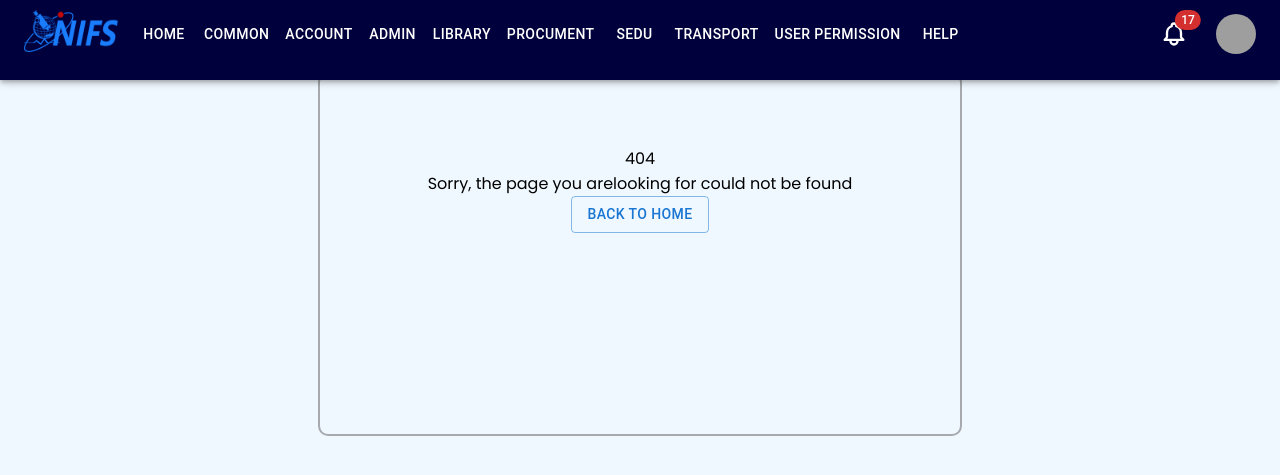
Repository: virangaj/NIFS-WebApp
Page: /error-404 (app in client/)
An editor plug-in stored every save of this project. The page is shown before and after the next save, followed by the edit.
The browser window is 1280 px wide. The pictures show the whole page.
Pictures or frames that could not be fetched are drawn as grey boxes. The project was rebuilt for these pictures with package versions that can differ from the ones it lists, and the page was loaded fresh each time. Also part of the build but not shown: client/src/pages/Login.tsx, client/src/pages/Home.tsx, client/src/components/Transport/shared/TransportNavbar.js, client/src/pages/TransportMainPage.tsx, client/src/pages/CommonMainPage.tsx, client/src/pages/AccountMainPage.tsx, client/src/pages/AdminMainPage.tsx, client/src/pages/LibraryMainPage.js and 16 more.

Above is the page before, as saved 2022-07-27 20:47:53.

After the next save:
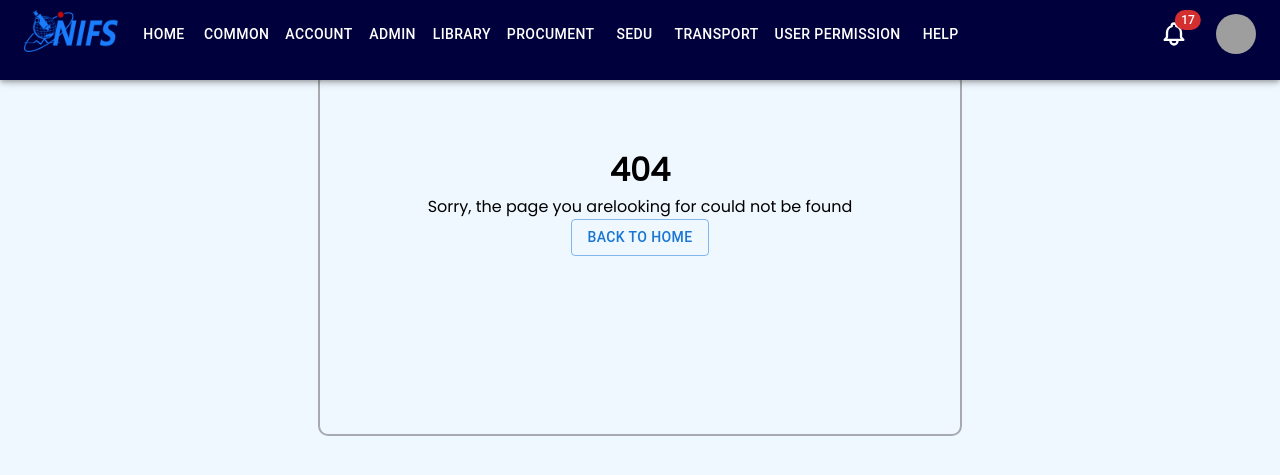
Saved 13 s later.
--- a/client/src/pages/ErrorPage.tsx
+++ b/client/src/pages/ErrorPage.tsx
@@ -8,7 +8,7 @@ function ErrorPage() {
             <div className='error-page'>
 
                 <div className='error-page-content'>
-                    <p>404</p>
+                    <h1>404</h1>
                     <p>Sorry, the page you arelooking for could not be found</p>
                     <Link to='/'>
                         <Button variant="outlined">Back to home</Button>
